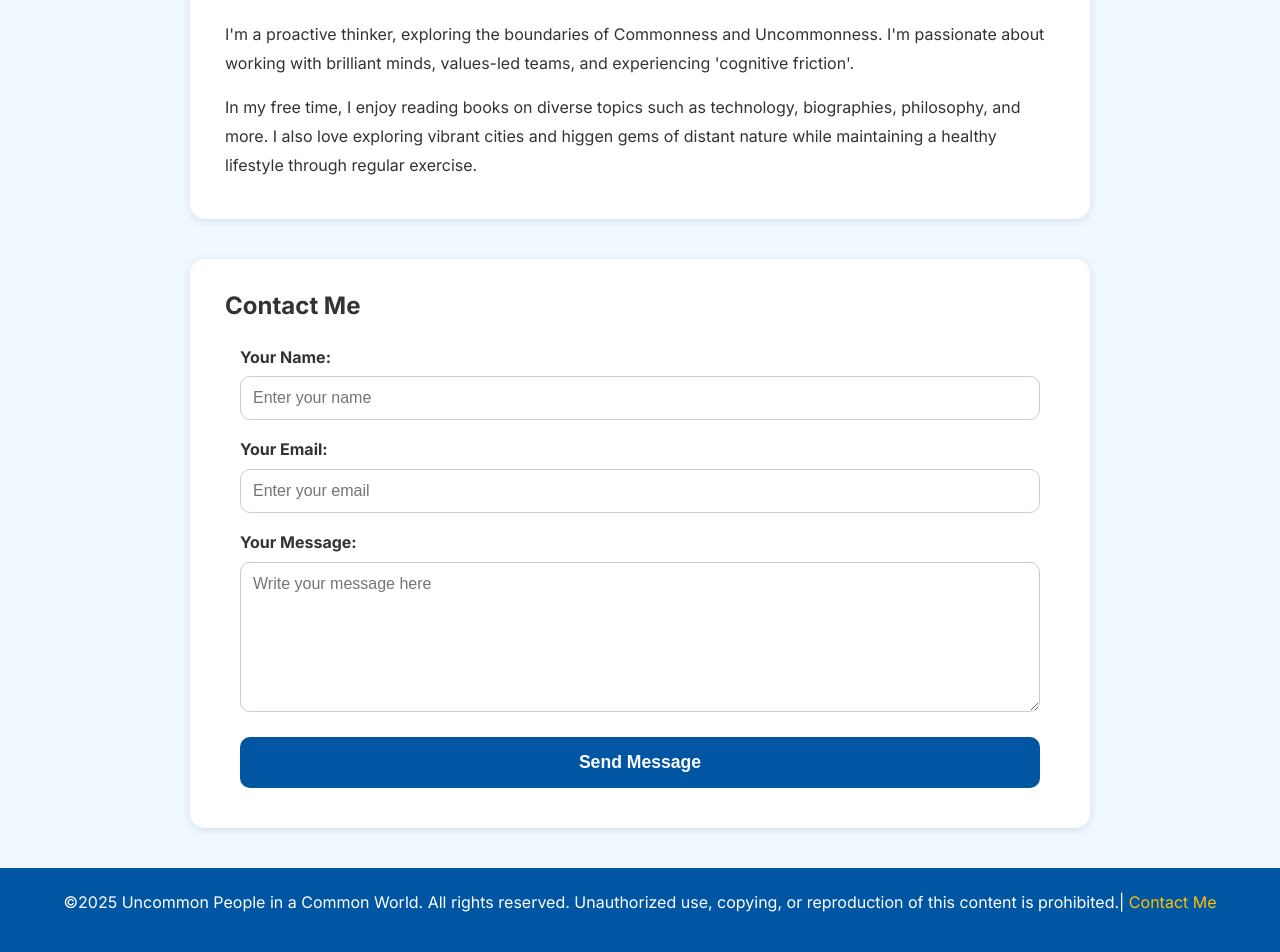
Repository: AvivGranot/Uncommon-Website
Page: index.html
These files come from the project's save history. The page is drawn as it stood at one moment and after the next save; the edit follows.
The browser window is 1280 px wide. The pictures show the part of the page from y = 2222 to 3174 px (the page is 3174 px tall).

Above is the page before, as saved 2025-01-09 18:26:27.

After the next save:
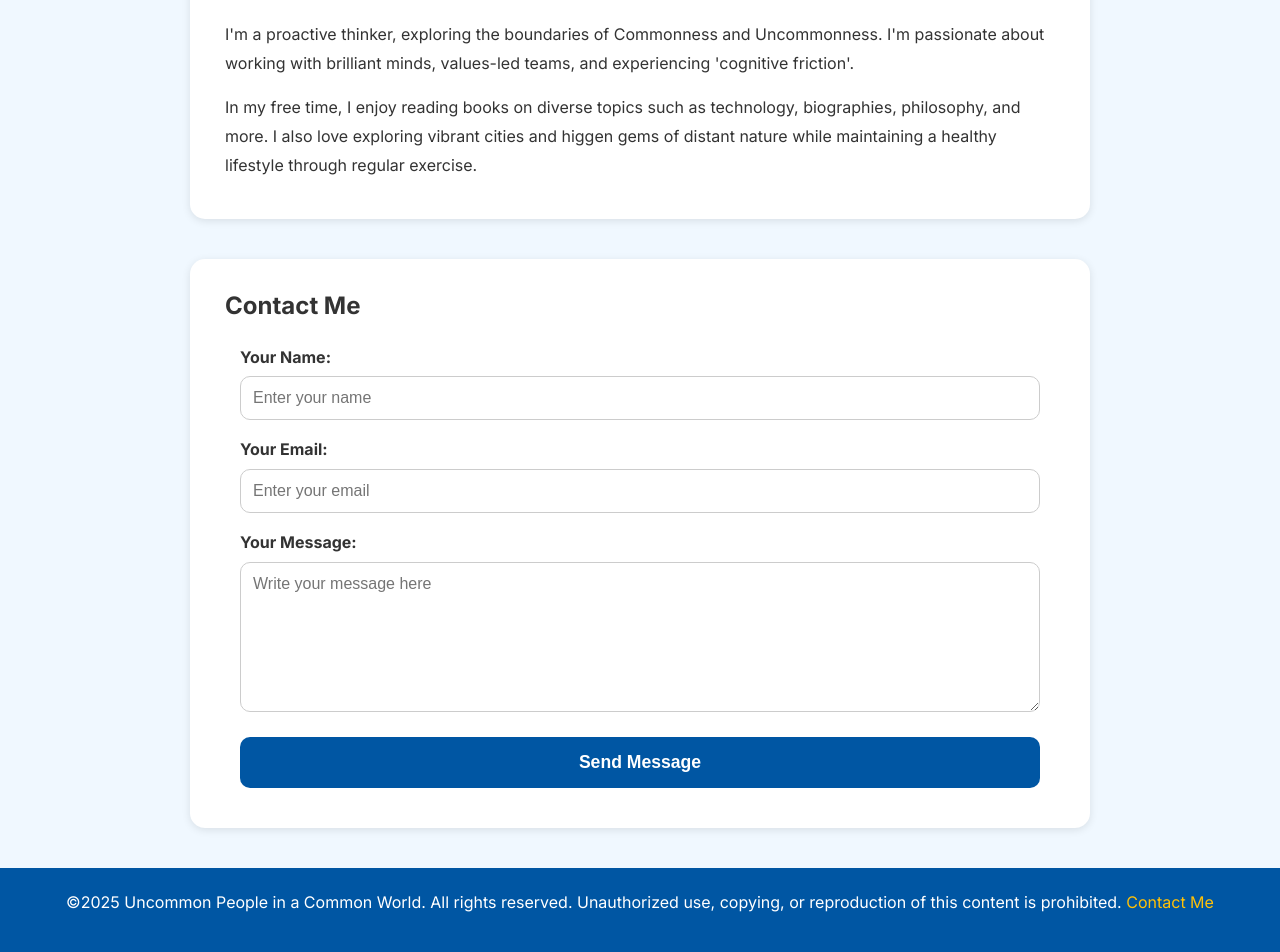
Saved 9 min 14 s later.
--- a/index.html
+++ b/index.html
@@ -268,7 +268,7 @@
     </div>
 
     <footer>
-        <p>&copy;2025 Uncommon People in a Common World. All rights reserved. Unauthorized use, copying, or reproduction of this content is prohibited.| <a href="mailto:granot211@gmail.com">Contact Me</a></p>
+        <p>&copy;2025 Uncommon People in a Common World. All rights reserved. Unauthorized use, copying, or reproduction of this content is prohibited. <a href="mailto:granot211@gmail.com">Contact Me</a></p>
     </footer>
 </body>
 </html>
